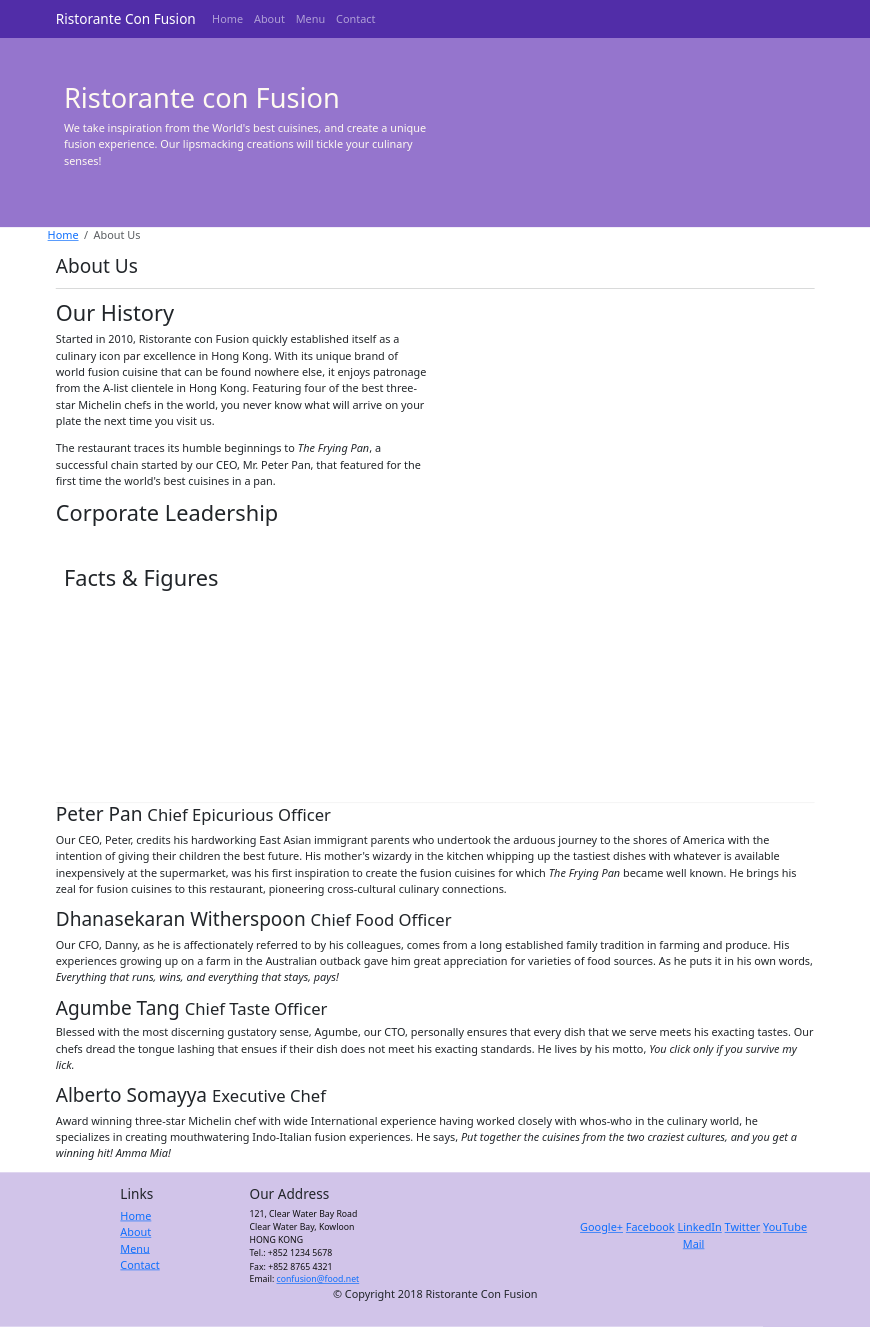
Repository: DungBuiTuan/FER201m
Page: aboutus.html
The author's editor kept a copy of each file at every save. The page is drawn from the files as they stood at one save, then again after the next save.
The browser window is 1280 px wide. The pictures show the whole page, at 68% of full size.
Some web libraries are served in a nearby version.

Above is the page before, as saved 2023-05-17 10:21:43.

### aboutus.html
<!DOCTYPE html>
<html lang="en">

<head>

    <title>Ristorante Con Fusion: About Us</title>
    <meta charset="utf-8">
    <meta name="viewport" content="width=device-width, initial-scale=1, shrink-to-fit=no">
    <meta http-equiv="x-ua-compatible" content="ie=edge">
    <!-- Bootstrap CSS -->
    <link rel="stylesheet" href="node_modules/bootstrap/dist/css/bootstrap.min.css">
    <link href="CSS/styles.css" rel="stylesheet">
</head>

<body>
    <nav class="navbar navbar-dark navbar-expand-sm fixed-top">
        <div class="container">
            <button class="navbar-toggler" type="button" data-toggle="collapse" data-target="#Navbar">
                <span class="navbar-toggler-icon"></span>
            </button>
            <a class="navbar-brand" href="#">Ristorante Con Fusion</a>
            <div class="collapse navbar-collapse" id="Navbar">
                <ul class="navbar-nav mr-auto">
                    <li class="nav-item active"><a class="nav-link" href="#">Home</a></li>
                    <li class="nav-item"><a class="nav-link" href="./aboutus.html">About</a></li>
                    <li class="nav-item"><a class="nav-link" href="#">Menu</a></li>
                    <li class="nav-item"><a class="nav-link" href="#">Contact</a></li>
                </ul>
            </div>

        </div>

    </nav>
    <header class="jumbotron">
        <div class="container">
            <div class="row row-header">
                <div class="col-12 col-sm-6">
                    <h1>Ristorante con Fusion</h1>
                    <p>We take inspiration from the World's best cuisines, and create a unique fusion experience. Our lipsmacking creations will tickle your culinary senses!</p>
                </div>
                <div class="col-12 col-sm">
                </div>
            </div>
        </div>
    </header>

    <div class="container">
        <div class="row">
            <ol class="col-12 breadcrumb">
                <li class="breadcrumb-item"><a href="./index.html">Home</a></li>
                <li class="breadcrumb-item active">About Us</li>
            </ol>
            <div class="col-12">
               <h3>About Us</h3>
               <hr>
            </div>
        </div>

        <div class="row">
            <div class="col-12 col-sm-6 col-md-6">
                <h2>Our History</h2>
                <p>Started in 2010, Ristorante con Fusion quickly established itself as a culinary icon par excellence in Hong Kong. With its unique brand of world fusion cuisine that can be found nowhere else, it enjoys patronage from the A-list clientele in Hong Kong.  Featuring four of the best three-star Michelin chefs in the world, you never know what will arrive on your plate the next time you visit us.</p>
                <p>The restaurant traces its humble beginnings to <em>The Frying Pan</em>, a successful chain started by our CEO, Mr. Peter Pan, that featured for the first time the world's best cuisines in a pan.</p>
            </div>
            <div>
            </div>
        </div>


        <div class="row">
            <div class="col col-sm col-md">
                <div>
                    <div>
                        <h2>Corporate Leadership</h2>
                        <div class="row row-content">
                            <div class="col-12 col-sm-9">
                                <h2>Facts &amp; Figures</h2>
                            </div>
                             <div class="col-12 col-sm-3">
                            </div>
                       </div>

                        <h3>Peter Pan <small>Chief Epicurious Officer</small></h3>
                    </div>
                    <div class="d-none d-sm-block">
                        <p>Our CEO, Peter, credits his hardworking East Asian immigrant parents who undertook the arduous journey to the shores of America with the intention of giving their children the best future. His mother's wizardy in the kitchen whipping up the tastiest dishes with whatever is available inexpensively at the supermarket, was his first inspiration to create the fusion cuisines for which <em>The Frying Pan</em> became well known. He brings his zeal for fusion cuisines to this restaurant, pioneering cross-cultural culinary connections.</p>
                    </div>
                </div>
                <div>
                    <div>
                        <h3>Dhanasekaran Witherspoon <small>Chief Food Officer</small></h3>
                    </div>
                    <div class="d-none d-sm-block">
                        <p>Our CFO, Danny, as he is affectionately referred to by his colleagues, comes from a long established family tradition in farming and produce. His experiences growing up on a farm in the Australian outback gave him great appreciation for varieties of food sources. As he puts it in his own words, <em>Everything that runs, wins, and everything that stays, pays!</em></p>
                    </div>
                </div>
                <div>
                    <div>
                        <h3>Agumbe Tang <small>Chief Taste Officer</small></h3>
                    </div>
                    <div class="d-none d-sm-block">
                        <p>Blessed with the most discerning gustatory sense, Agumbe, our CTO, personally ensures that every dish that we serve meets his exacting tastes. Our chefs dread the tongue lashing that ensues if their dish does not meet his exacting standards. He lives by his motto, <em>You click only if you survive my lick.</em></p>
                    </div>
                </div>
                <div>
                    <div>
                        <h3>Alberto Somayya <small>Executive Chef</small></h3>
                    </div>
                    <div class="d-none d-sm-block">
                        <p>Award winning three-star Michelin chef with wide International experience having worked closely with whos-who in the culinary world, he specializes in creating mouthwatering Indo-Italian fusion experiences. He says, <em>Put together the cuisines from the two craziest cultures, and you get a winning hit! Amma Mia!</em></p>
                    </div>
                </div>
            </div>
       </div>
    </div>

    <footer class="footer">
        <div class="container">
            <div class="row">
                <div class="col-4 offset-1 col-sm-2">
                    <h5>Links</h5>
                    <ul class="list-unstyled">
                        <li><a href="#">Home</a></li>
                        <li><a href="#">About</a></li>
                        <li><a href="#">Menu</a></li>
                        <li><a href="#">Contact</a></li>
                    </ul>
                </div>
                <div class="col-7 col-sm-5">
                    <h5>Our Address</h5>
                    <address>
		              121, Clear Water Bay Road<br>
		              Clear Water Bay, Kowloon<br>
		              HONG KONG<br>
		              Tel.: +852 1234 5678<br>
		              Fax: +852 8765 4321<br>
		              Email: <a href="mailto:confusion@food.net">confusion@food.net</a>
		           </address>
                </div>
                <div class="col-12 col-sm-4 align-self-center">
                    <div class="text-center">
                        <a href="http://google.com/+">Google+</a>
                        <a href="http://www.facebook.com/profile.php?id=">Facebook</a>
                        <a href="http://www.linkedin.com/in/">LinkedIn</a>
                        <a href="http://twitter.com/">Twitter</a>
                        <a href="http://youtube.com/">YouTube</a>
                        <a href="mailto:">Mail</a>
                    </div>
                </div>
           </div>
           <div class="row justify-content-center">
                <div class="col-auto">
                    <p>© Copyright 2018 Ristorante Con Fusion</p>
                </div>
           </div>
        </div>
    </footer>

</body>

</html>

### css/styles.css
body{
    padding:50px 0px 0px 0px;
    z-index:0;
}

.navbar-dark {
     background-color: #512DA8;
}

.row-header{
    margin:0px auto;
    padding:0px;
}

.row-content {
    margin:0px auto;
    padding: 50px 0px 50px 0px;
    border-bottom: 1px ridge;
    min-height:400px;
}

.footer{
    background-color: #D1C4E9;
    margin:0px auto;
    padding: 20px 0px 20px 0px;
}

.jumbotron {
    padding:70px 30px 70px 30px;
    margin:0px auto;
    background: #9575CD ;
    color:floralwhite;
}

address{
    font-size:80%;
    margin:0px;
    color:#0f0f0f;
}

After the next save:
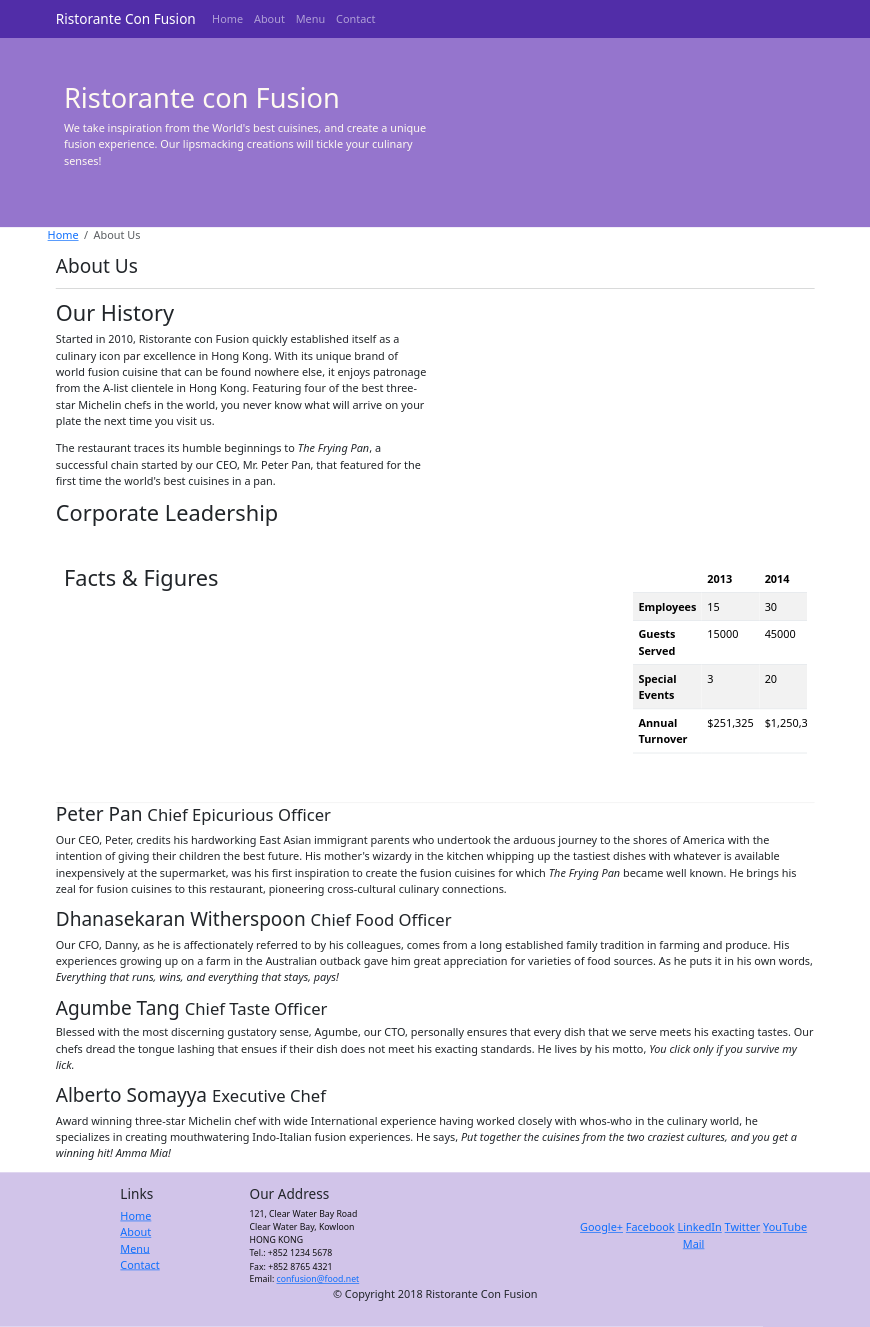
Saved 58 s later.
--- a/aboutus.html
+++ b/aboutus.html
@@ -77,6 +77,45 @@
                                 <h2>Facts &amp; Figures</h2>
                             </div>
                              <div class="col-12 col-sm-3">
+                                <div class="table-responsive">
+                                    <table class="table table-striped">
+                                        <thead class="thead-dark">
+                                            <tr>
+                                                <th>&nbsp;</th>
+                                                <th>2013</th>
+                                                <th>2014</th>
+                                                <th>2015</th>
+                                            </tr>
+                                        </thead>
+                                        <tbody>
+                                            <tr>
+                                                <th>Employees</th>
+                                                <td>15</td>
+                                                <td>30</td>
+                                                <td>40</td>
+                                            </tr>
+                                            <tr>
+                                                <th>Guests Served</th>
+                                                <td>15000</td>
+                                                <td>45000</td>
+                                                <td>100,000</td>
+                                            </tr>
+                                            <tr>
+                                                <th>Special Events</th>
+                                                <td>3</td>
+                                                <td>20</td>
+                                                <td>45</td>
+                                            </tr>
+                                            <tr>
+                                                <th>Annual Turnover</th>
+                                                <td>$251,325</td>
+                                                <td>$1,250,375</td>
+                                                <td>~$3,000,000</td>
+                                            </tr>
+                                        </tbody>
+                                    </table>
+                                </div>
+
                             </div>
                        </div>
 
